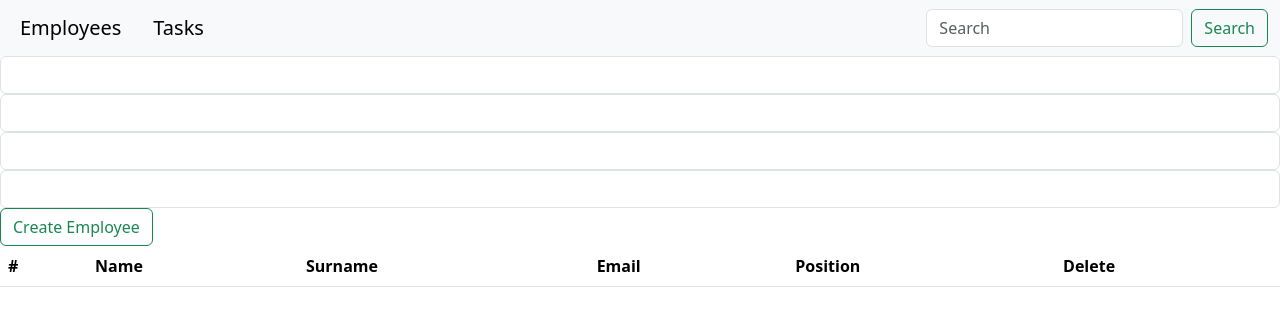
Repository: RaffiBarseghyan/employees
Page: /employees
An editor plug-in stored every save of this project. The page is shown before and after the next save, followed by the edit.
The browser window is 1280 px wide. The pictures show the whole page.
The page's requests for data from a server got no answer. The project was rebuilt for these pictures with package versions that can differ from the ones it lists, and the page was loaded fresh each time. No one was signed in, and anything a server would have sent is missing. Also part of the build but not shown: src/App.css, src/Pages/Employees/employees.module.scss, src/Pages/UpDel/upDel.module.scss, src/Pages/UpDel/delete.jsx, src/Pages/Tasks/tasks.jsx.

Above is the page before, as saved 2023-06-15 01:12:06.

### src/App.jsx
import "./App.css";
import Header from "./Pages/Header/header";
import { BrowserRouter, Routes, Route } from "react-router-dom";
import "bootstrap/dist/css/bootstrap.css";
import Employees from "./Pages/Employees/employees";
import Tasks from "./Pages/Tasks/tasks";

function App() {
  return (
    <>
      <BrowserRouter>
        <Header />

        <Routes>
          <Route path="/employees" element={<Employees />} />

          <Route path="/tasks" element={<Tasks />} />

          {/*
          <Route path="/category/:search" element={<Category />} />

          <Route path="/toy/:userId" element={<Toy />} />  */}
        </Routes>
      </BrowserRouter>
    </>
  );
}

export default App;

### src/Pages/Header/header.jsx
import { Link } from "react-router-dom";
import style from "./header.module.scss";

function Header() {
  return (
    <>
      <nav className="navbar navbar-expand-lg bg-body-tertiary">
        <div className="container-fluid">
          <button
            className="navbar-toggler"
            type="button"
            data-bs-toggle="collapse"
            data-bs-target="#navbarSupportedContent"
            aria-controls="navbarSupportedContent"
            aria-expanded="false"
            aria-label="Toggle navigation"
          >
            <span className="navbar-toggler-icon"></span>
          </button>
          <div className="collapse navbar-collapse" id="navbarSupportedContent">
            <ul className="navbar-nav me-auto mb-2 mb-lg-0">
              <li className="nav-item">
                <Link className={`nav-link navbar-brand active ${style.linkStyle}`} to="/employees">
                  Employees
                </Link>
              </li>
              <li className="nav-item">
                <Link
                  className={`nav-link navbar-brand ${style.linkStyle}`}
                  to="/tasks"
                >
                  Tasks
                </Link>
              </li>
            </ul>
            <form className="d-flex" role="search">
              <input
                className="form-control me-2"
                type="search"
                placeholder="Search"
                aria-label="Search"
              />
              <button className="btn btn-outline-success" type="submit">
                Search
              </button>
            </form>
          </div>
        </div>
      </nav>
    </>
  );
}

export default Header;

### src/Pages/Employees/employees.jsx
import { useEffect, useState } from "react";
import style from "./employees.module.scss";
import axios from "axios";
import Delete from "../UpDel/delete";

function Employees() {
  const [data, setdata] = useState([]);

  useEffect(() => {
    axios
      .get(
        `https://rocky-temple-83495.herokuapp.com/employees?_page=1&_limit=10`
      )
      .then((res) => {
        const persons = res.data;
        setdata(persons);
      });
  }, []);
  return (
    <>
      <div className={`${style.employeeForm}`}>
        <input className="form-control me-2" type="text" />
        <input className="form-control me-2" type="text" />
        <input className="form-control me-2" type="email" />
        <input className="form-control me-2" type="text" />
        <button className="btn btn-outline-success">Create Employee</button>
      </div>

      <table className="table">
        <thead>
          <tr>
            <th scope="col">#</th>
            <th scope="col">Name</th>
            <th scope="col">Surname</th>
            <th scope="col">Email</th>
            <th scope="col">Position</th>
            <th scope="col">Delete</th>
          </tr>
        </thead>
        <tbody>
          {data.map((item) => {
            return (
              <tr key={item.id} className={`${style.employees} `}>
                <th scope="row">{item.id}</th>
                <td>{item.name}</td>
                <td>{item.surname}</td>
                <td>{item.email}</td>
                <th>{item.position}</th>

                <th>
                  <button className={`${style.basketButtonDe} btn btn-danger `}>
                    <Delete id={item.id} req="user" />
                  </button>
                </th>
              </tr>
            );
          })}
        </tbody>
      </table>
    </>
  );
}

export default Employees;

Loaded but not shown: src/index.js (common file); src/index.css (common file); src/reportWebVitals.js (common file); src/Pages/Header/header.module.scss (no stored copy; drawn as an empty file)

After the next save:
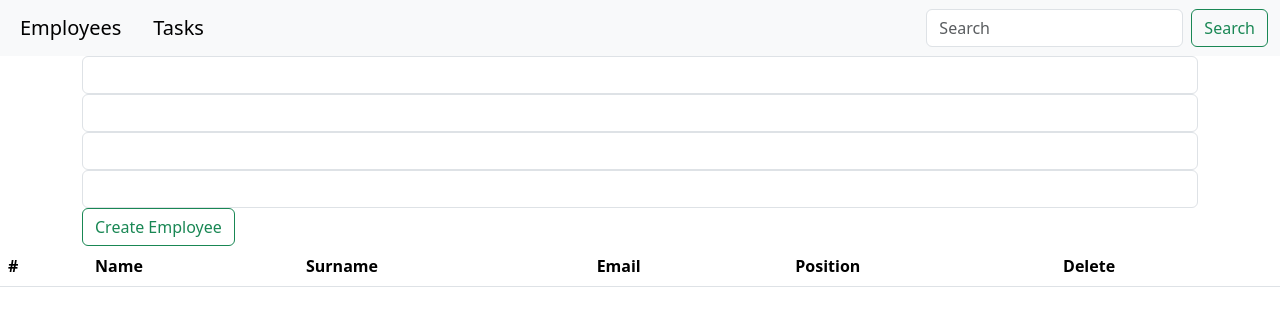
Saved 13 s later.
--- a/src/Pages/Employees/employees.jsx
+++ b/src/Pages/Employees/employees.jsx
@@ -18,7 +18,7 @@ function Employees() {
   }, []);
   return (
     <>
-      <div className={`${style.employeeForm}`}>
+      <div className={`${style.employeeForm} container`}>
         <input className="form-control me-2" type="text" />
         <input className="form-control me-2" type="text" />
         <input className="form-control me-2" type="email" />
